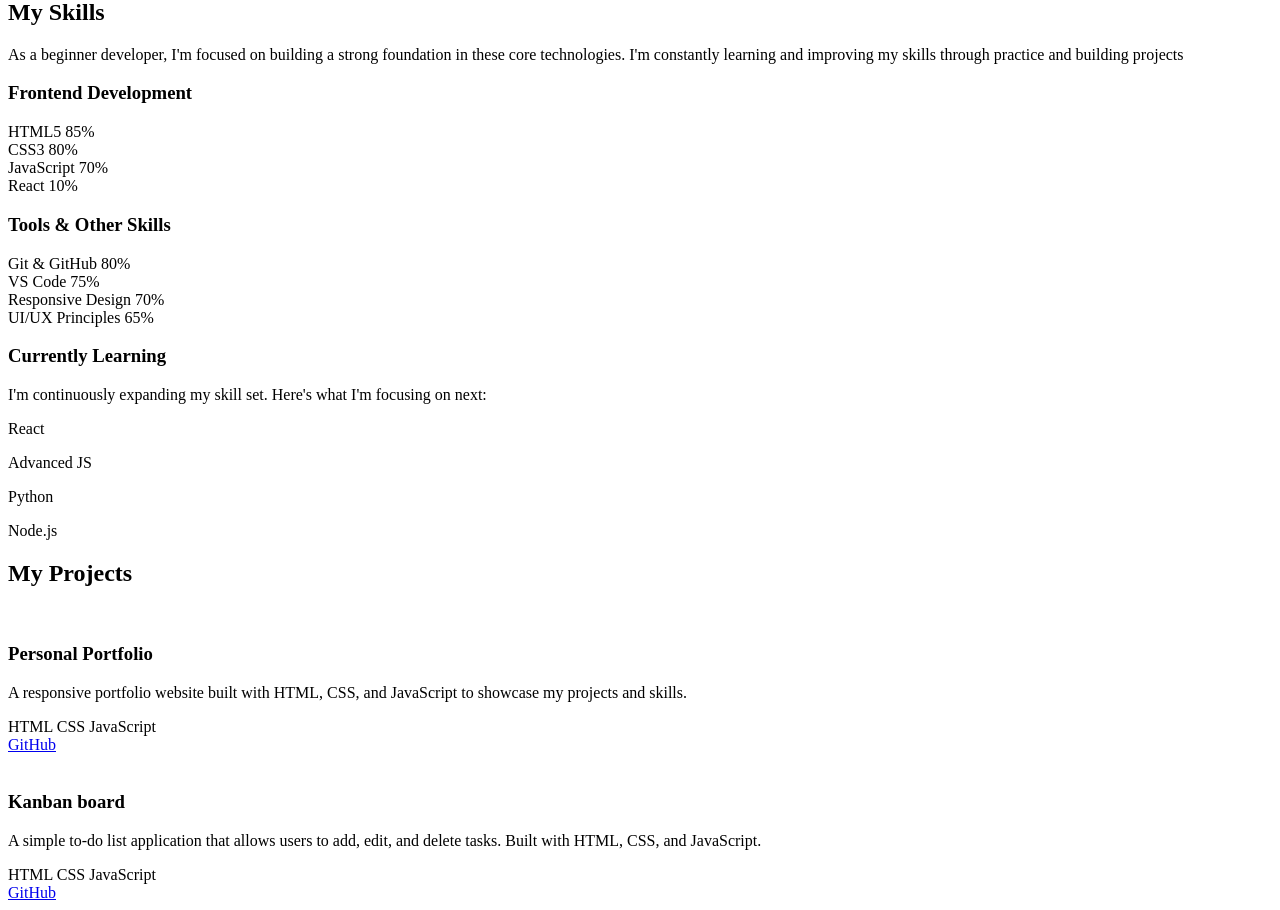
Repository: andajonas/ANDJON25111_fto2505_A_Anda-Jonas_CDV05
Page: index.html
An editor plug-in stored every save of this project. The page is shown before and after the next save, followed by the edit.
The browser window is 1280 px wide. The pictures show the part of the page from y = 558 to 1510 px (the page is 1468 px tall before and 1510 px after).
A picture or video elsewhere on the page could not be fetched, so the positions and the page height are approximate.

Above is the page before, as saved 2025-09-19 17:45:21.

### index.html
<!DOCTYPE html>
<html lang="en">
<head>
    <meta charset="UTF-8">
    <meta name="viewport" content="width=device-width, initial-scale=1.0">
    <title>Anda Jonas| Developer Portfolio </title>

</head>
<body>
    <!-- Header and Navigation -->
     <header>
        <div class="container">
            <nav>
                <a href="#" class="logo">Beginner Software <span>Developer</span></a>
                <ul class="nav-links">
                    <li><a href="#home">Home</a></li>
                    <li><a href="#skills">Skills</a></li>
                    <li><a href="#projects">Projects</a></li>
                    <li><a href="#contact">Contact</a></li>
                </ul>
            </nav>
        </div>
    </header>

    <!-- Hero Section -->
     <section id="home" class="hero">
        <div class="container">
            <div class="hero-content">
                <div class="hero-text">
                    <h1>Hello, I'm Anda Jonas.<span> A beginner Software Developer.</span></h1>
                    <p>I'm passionate about learning software development and building solutions that make a difference. Currently expanding my skills in web development and programming fundamentals.</p>
                    <div class="hero-btns">
                        <a href="#projects" class="btn">View My Projects</a>
                        <a href="#contact" class="btn btn-outline">Contact Me</a>
                    </div>
                </div>
                <div class="hero-image">
                    <img src="profile.jpg" alt="Anda Jonas">
                    </div>
            </div>
        </div>
     </section>

     <!-- Skills Section -->
      <section id="skills" class="skills">
        <div class="container">
            <h2 class="section-title">My Skills</h2>
            <p>As a beginner developer, I'm focused on building a strong foundation in these core technologies. I'm constantly learning and improving my skills through practice and building projects</p>
            <div class="skills-container">
                <div class="skill-category">
                    <h3><i class="fas fa-code"></i> Frontend Development</h3>
                    <div class="skill-item">
                        <div class="skill-header">
                            <span class="skill-name">HTML5</span>
                            <span class="skill-level">85%</span>
                        </div>
                        <div class="skill-bar">
                            <div class="skill-progress" style="width: 85%"></div>
                        </div>
                    </div>
                    <div class="skill-item">
                        <div class="skill-header">
                            <span class="skill-name">CSS3</span>
                            <span class="skill-level">80%</span>
                        </div>
                        <div class="skill-bar">
                            <div class="skill-progress" style="width: 80%"></div>
                        </div>
                    </div>
                    <div class="skill-item">
                        <div class="skill-header">
                            <span class="skill-name">JavaScript</span>
                            <span class="skill-level">70%</span>
                        </div>
                        <div class="skill-bar">
                            <div class="skill-progress" style="width: 70%"></div>
                        </div>
                    </div>
                    <div class="skill-item">
                        <div class="skill-header">
                            <span class="skill-name">React</span>
                            <span class="skill-level">10%</span>
                        </div>
                        <div class="skill-bar">
                            <div class="skill-progress" style="width: 10%"></div>
                        </div>
                    </div>
                </div>

                <div class="skill-category">
                    <h3><i class="fas fa-tools"></i> Tools & Other Skills</h3>
                    <div class="skill-item">
                        <div class="skill-header">
                            <span class="skill-name">Git & GitHub</span>
                            <span class="skill-level">80%</span>
                        </div>
                        <div class="skill-bar">
                            <div class="skill-progress" style="width: 80%"></div>
                        </div>
                    </div>
                    <div class="skill-item">
                        <div class="skill-header">
                            <span class="skill-name">VS Code</span>
                            <span class="skill-level">75%</span>
                        </div>
                        <div class="skill-bar">
                            <div class="skill-progress" style="width: 75%"></div>
                        </div>
                    </div>
                    <div class="skill-item">
                        <div class="skill-header">
                            <span class="skill-name">Responsive Design</span>
                            <span class="skill-level">70%</span>
                        </div>
                        <div class="skill-bar">
                            <div class="skill-progress" style="width: 70%"></div>
                        </div>
                    </div>
                    <div class="skill-item">
                        <div class="skill-header">
                            <span class="skill-name">UI/UX Principles</span>
                            <span class="skill-level">65%</span>
                        </div>
                        <div class="skill-bar">
                            <div class="skill-progress" style="width: 65%"></div>
                         <div>
                            <div>
                            </div>
                         </div>

                         <div class="learning-path">
                            <h3>Currently Learning</h3>
                            <p>I'm continuously expanding my skill set. Here's what I'm focusing on next:</p>
                            <div class="path-items">
                                <div class="path-item">
                                    <i class="fab fa-react"></i>
                                    <p>React</p>
                                </div>
                                <div class="path-item">
                                    <i class="fab fa-js-square"></i>
                                    <p>Advanced JS</p>
                                </div>
                                <div class="path-item">
                                    <i class="fas fa-database"></i>
                                    <p>Python</p>
                                </div>
                                <div class="path-item">
                                    <i class="fab fa-node-js"></i>
                                    <p>Node.js</p>
                                </div>
                            </div>
                        </div>
                         </div>
                        </section>

<!-- Projects Section -->
<section id="projects" class="projects">
    <div class="container">
        <h2 class="section-title">My Projects</h2>
        <div class="projects-container">
            <div class="project">
                <div class="project-image">
                    <img src="" alt="">
                </div>
                <div class="project-info">
                    <h3>Personal Portfolio</h3>
                    <p>A responsive portfolio website built with HTML, CSS, and JavaScript to showcase my projects and skills.</p>
                    <div class="project-tags">
                        <span>HTML</span>
                        <span>CSS</span>
                        <span>JavaScript</span>
                    </div>
                    <div class="project-links">
                        <a href="#" class="btn btn-outline">GitHub</a>
                    </div>
                </div>
                </div>

                <div class="project">
                    <div class="project-image">
                        <img src="" alt="">
                    </div>
                    <div class="project-info">
                        <h3>Kanban board</h3>
                        <p>A simple to-do list application that allows users to add, edit, and delete tasks. Built with HTML, CSS, and JavaScript.</p>
                        <div class="project-tags">
                            <span>HTML</span>
                            <span>CSS</span>
                            <span>JavaScript</span>
                        </div>
                        <div class="project-links">
                            <a href="#" class="btn btn-outline">GitHub</a>
                        </div>
                    </div>
                </div>
        </div>
    </section>

    <!-- Footer -->

After the next save:
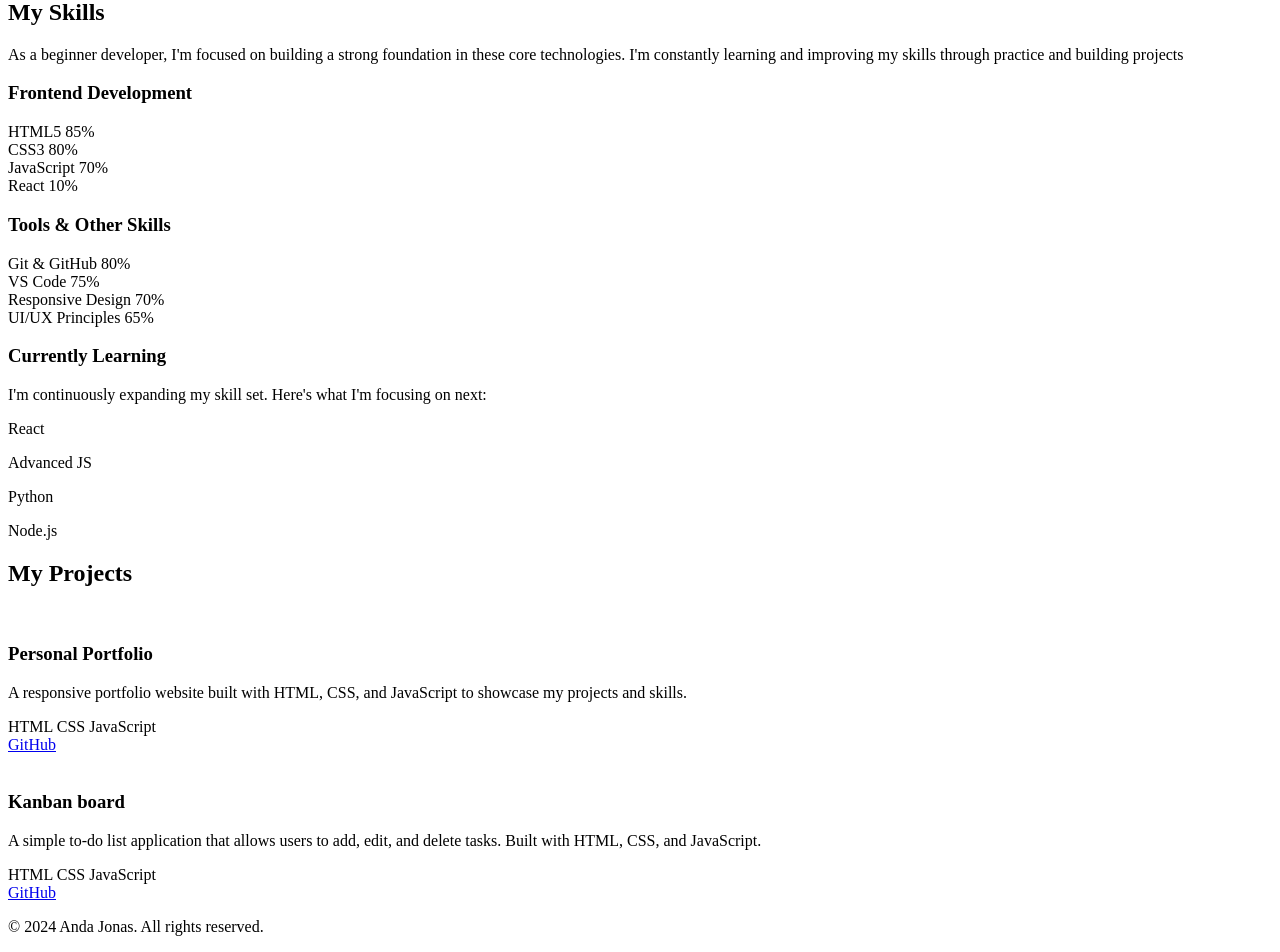
Saved 10 s later.
--- a/index.html
+++ b/index.html
@@ -197,3 +197,12 @@
     </section>
 
     <!-- Footer -->
+    <footer>
+        <div class="container">
+            <p>&copy; 2024 Anda Jonas. All rights reserved.</p>
+            <div class="social-links">
+                <a href="#"><i class="fab fa-linkedin"></i></a>
+                <a href="#"><i class="fab fa-github"></i></a>
+                <a href="#"><i class="fab fa-twitter"></i></a>
+            </div>
+        </div>
